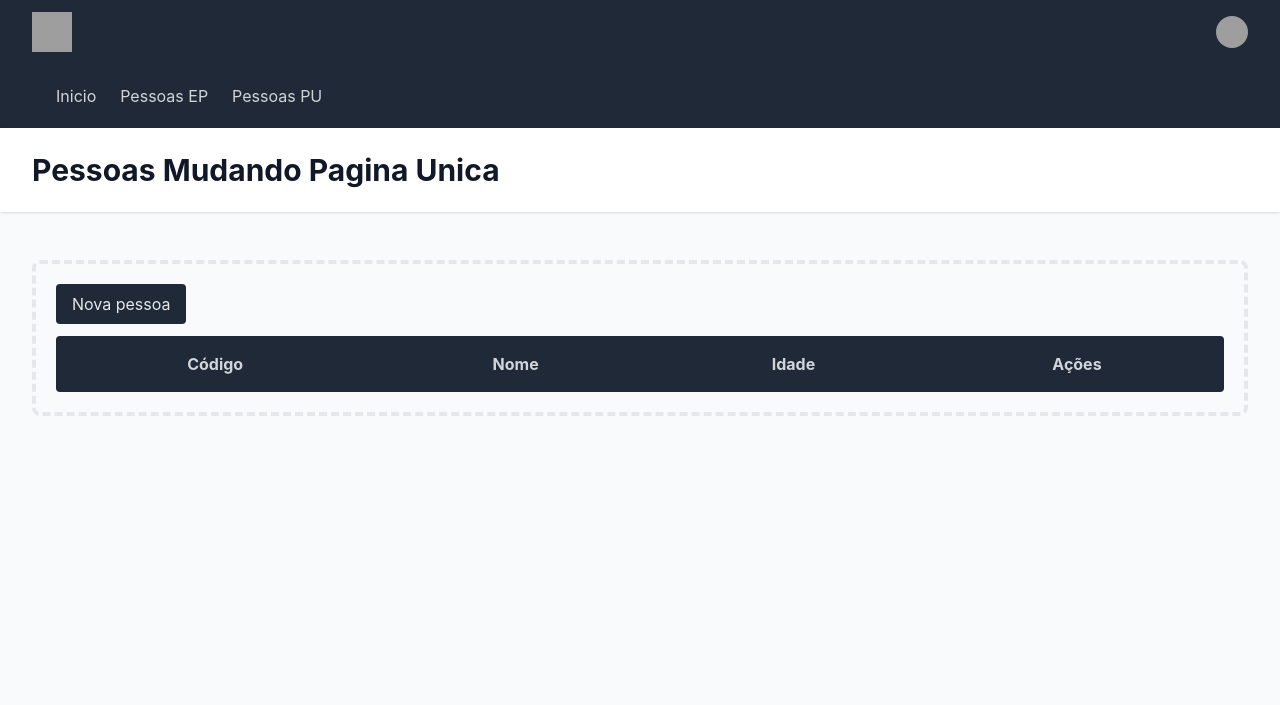
Repository: NunesXdecK/portfolio-jn-old
Page: /pessoaCT
These files come from the project's save history. The page is drawn as it stood at one moment and after the next save; the edit follows.
The browser window is 1280 px wide. The pictures show the whole page.
Pictures or frames that could not be fetched are drawn as grey boxes. The page's requests for data from a server got no answer. The project was rebuilt for these pictures with package versions that can differ from the ones it lists, and the page was loaded fresh each time. The framework's server and built-in components were replaced by stand-ins that run in the browser. No one was signed in, and anything a server would have sent is missing. Also part of the build but not shown: next.config.js.

Above is the page before, as saved 2022-01-08 10:37:02.

After the next save:
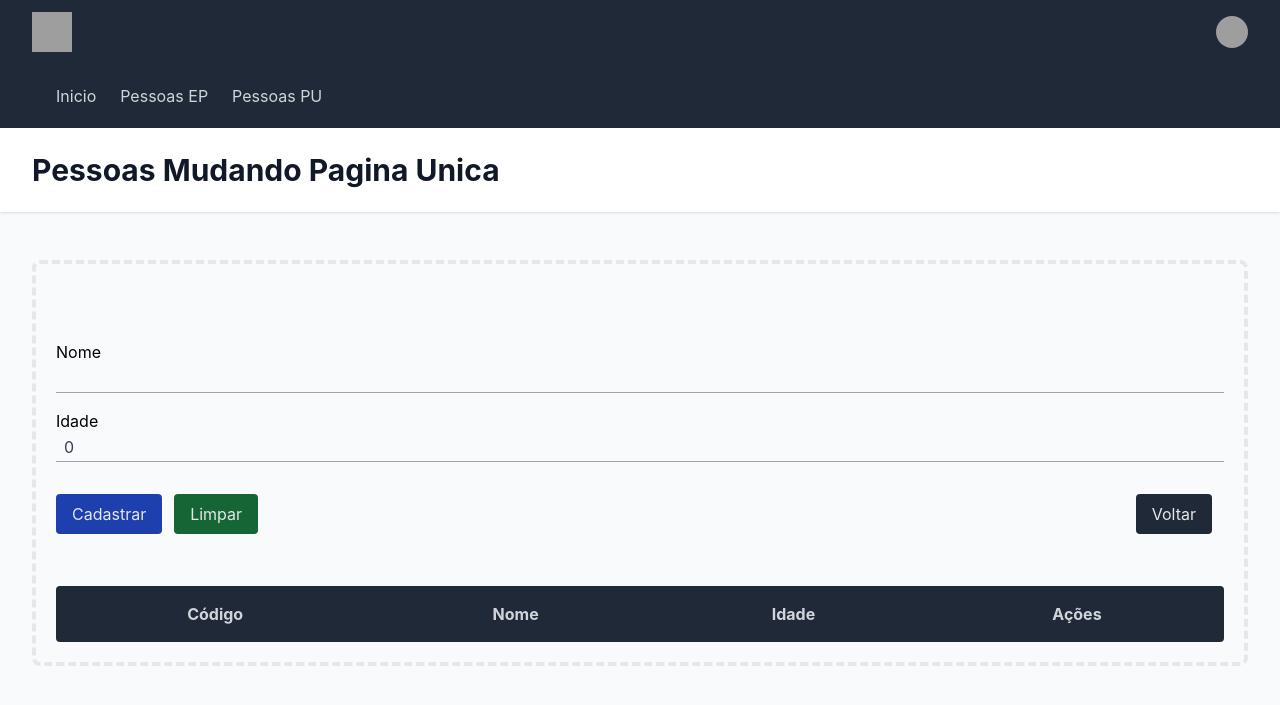
Saved 19 s later.
--- a/src/pages/pessoaCT.tsx
+++ b/src/pages/pessoaCT.tsx
@@ -23,22 +23,16 @@ export default function Home() {
 
   return (
     <Layout titulo="Pessoas Mudando Pagina Unica">
-      {tabelaVisivel ? (
-        <>
-          <Botao onClick={novaPessoa} cor="cinza">Nova pessoa</Botao>
-          <Tabela
-            pessoas={pessoas}
-            verId={true}
-            paginaUnica={true}
-            selecionarPessoa={selecionarPessoa}
-            excluirPessoa={exlcuirPessoa} />
-        </>
-      ) : (
-        <FormularioPessoa
-          salvarFuncao={salvarPessoa}
-          paginaUnica={true}
-          voltarFuncao={obterPessoas} pessoa={pessoa} />
-      )}
+      <FormularioPessoa
+        salvarFuncao={salvarPessoa}
+        paginaUnica={true}
+        voltarFuncao={obterPessoas} pessoa={pessoa} />
+      <Tabela
+        pessoas={pessoas}
+        verId={true}
+        paginaUnica={true}
+        selecionarPessoa={selecionarPessoa}
+        excluirPessoa={exlcuirPessoa} />
 
     </Layout>
   )
